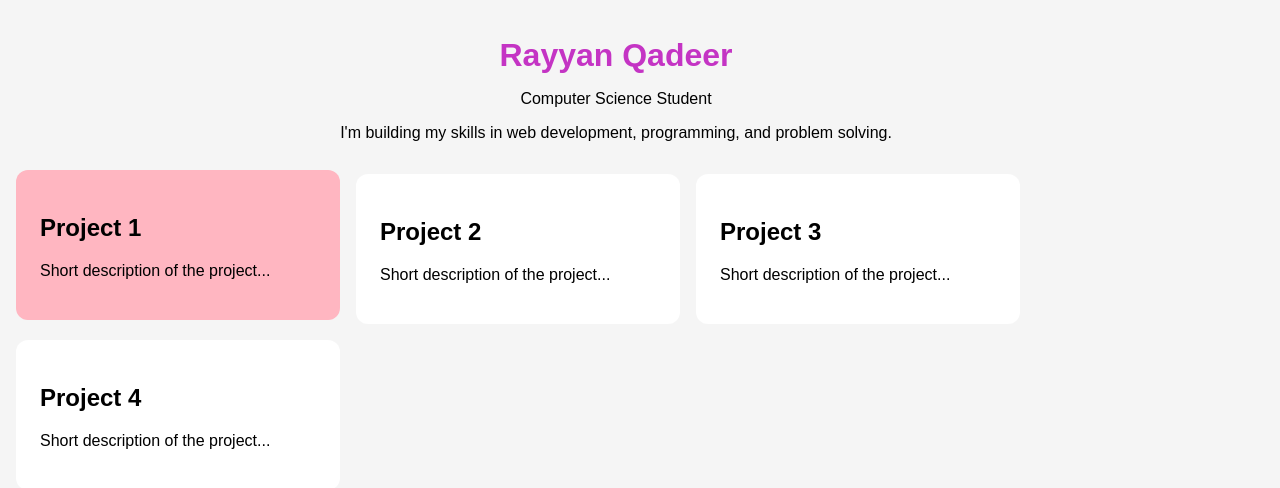
Repository: rayyan-qadeer/rayyan-qadeer
Page: index.html
These files come from the project's save history. The page is drawn as it stood at one moment and after the next save; the edit follows.
The browser window is 1280 px wide. The pictures show the whole page.
The pointer rests on the first visible `.card`.

Above is the page before, as saved 2026-04-22 13:50:19.

After the next save:
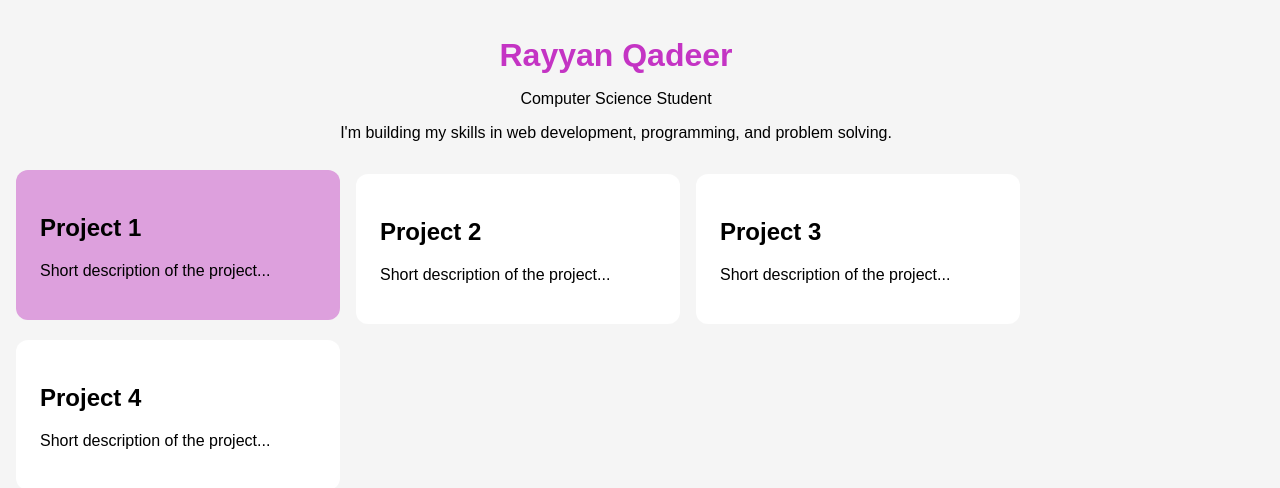
Saved 5 s later.
--- a/styles/index.css
+++ b/styles/index.css
@@ -28,7 +28,7 @@ header h1 {
 
 .card:hover {
   transform: translateY(-4px);
-  background-color: lightpink;
+  background-color: plum;
 }
 
 @media (min-width: 768px) {
